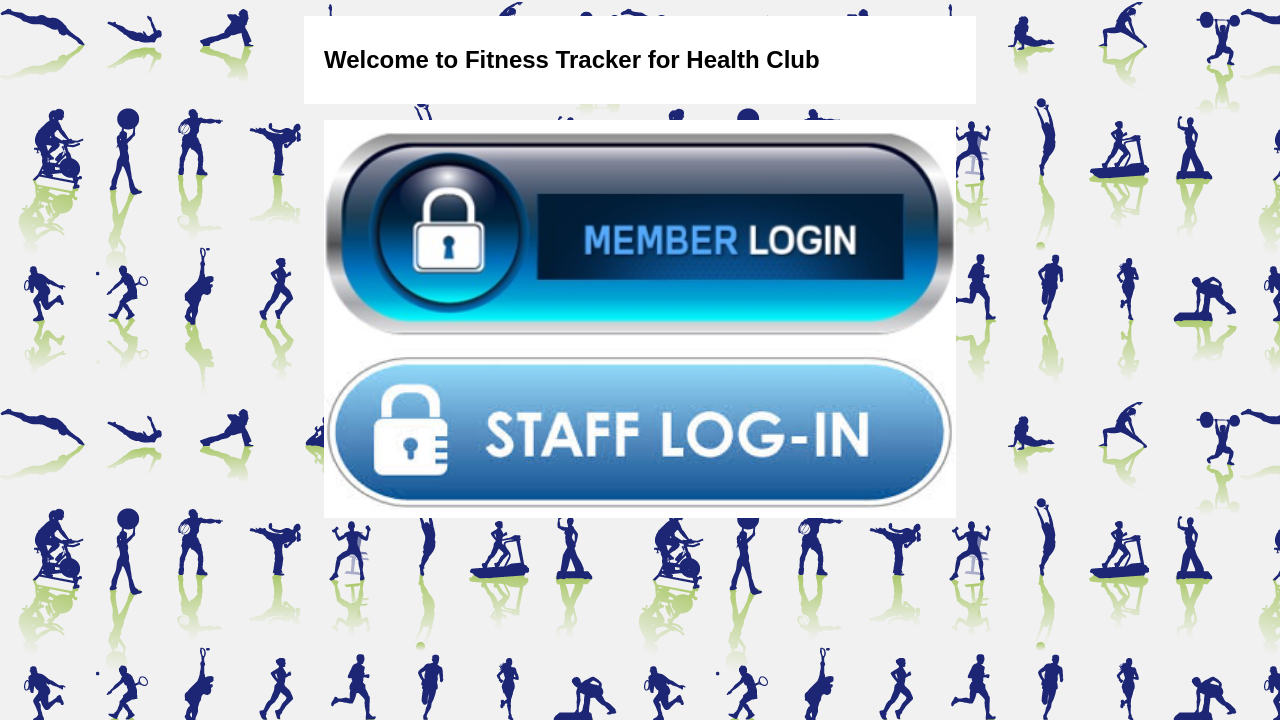
Repository: dmiropol/FitnessMemberTracker
Page: http://localhost/
An editor plug-in stored every save of this project. The page is shown before and after the next save, followed by the edit.
The browser window is 1280 px wide. The pictures show the whole page.
The page is served by the project's Node server (app.js).

Above is the page before, as saved 2018-11-16 10:25:13.

After the next save:
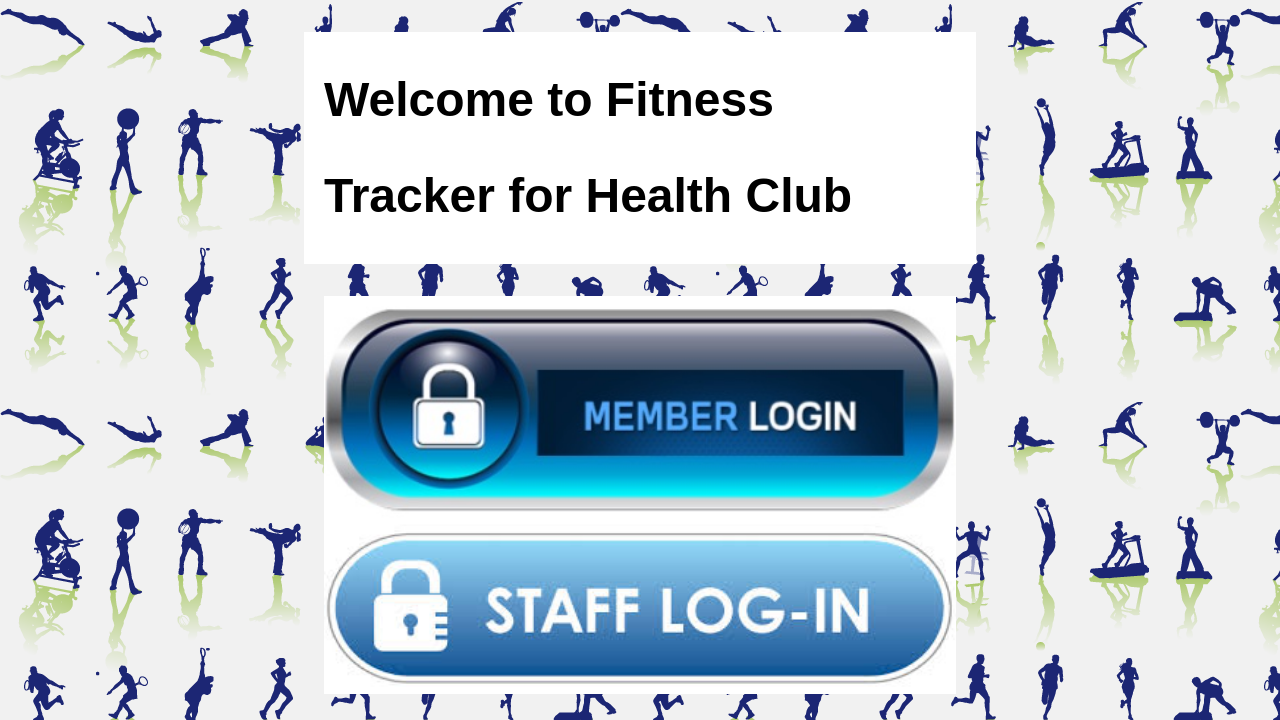
Saved 17 s later.
--- a/public/stylesheets/style.css
+++ b/public/stylesheets/style.css
@@ -113,5 +113,5 @@ h1, h2{
 	padding:20px;
     line-height: 2em;
     font-family: Arial, Helvetica, sans-serif;
-    font-size: 24px;
+    font-size: 48px;
 }
